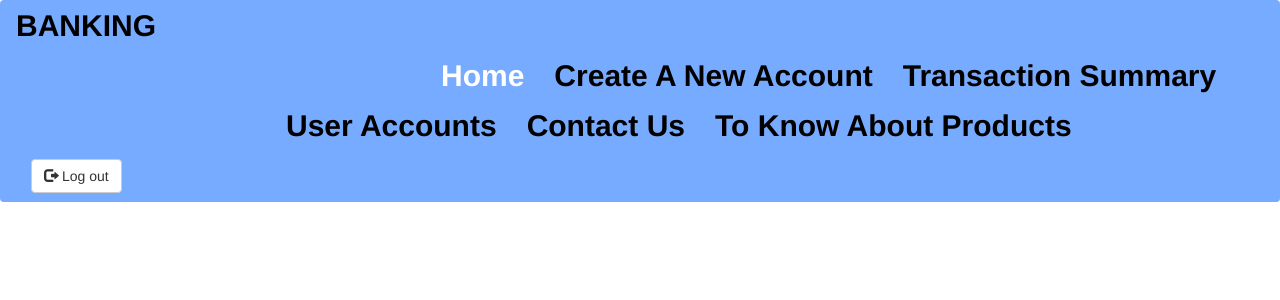
Repository: rukmini10/DXC
Page: http://localhost/Account/AdminHeader.jsp
The author's editor kept a copy of each file at every save. The page is drawn from the files as they stood at one save, then again after the next save.
The browser window is 1280 px wide. The pictures show the whole page.
Some web libraries are served in a nearby version. The page is served by Tomcat 9.

Above is the page before, as saved 2022-05-03 12:49:54.

After the next save:
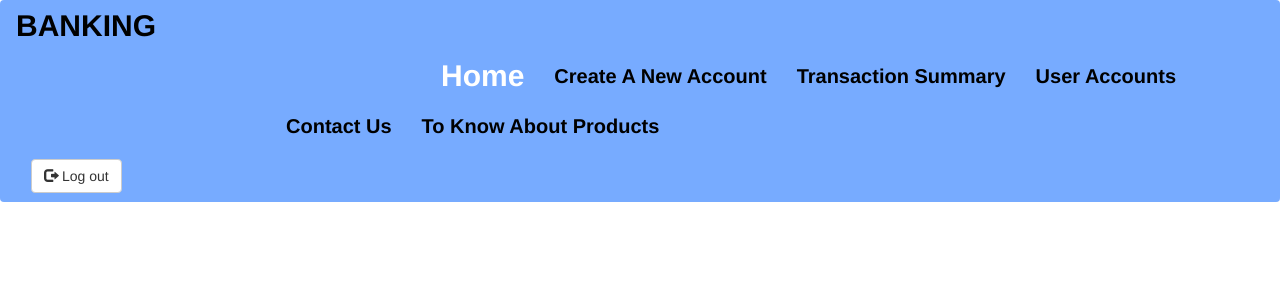
Saved 17 s later.
--- a/DXC_MAVEN/Account/src/main/webapp/AdminHeader.jsp
+++ b/DXC_MAVEN/Account/src/main/webapp/AdminHeader.jsp
@@ -19,11 +19,11 @@
     </div>
     <ul style="padding-left:255px" class="nav navbar-nav">
       <li style="color:black;font-size:30px;font-weight:bold;padding-left:155px" class="active"><a href="#" style="color:white">Home</a></li>
-      <li><a href="createAccount.obj" style="color:black;font-size:30px;font-weight:bold;"> Create A New Account</a></li>
-      <li><a href="viewStatement.obj" style="color:black;font-size:30px;font-weight:bold;">Transaction Summary</a></li>
-	  <li><a href="#" style="color:black;font-size:30px;font-weight:bold;">User Accounts</a></li>
-	  <li><a href="#" style="color:black;font-size:30px;font-weight:bold;">Contact Us</a></li>
-	  <li><a href="#" style="color:black;font-size:30px;font-weight:bold;">To Know About Products</a></li>
+      <li><a href="createAccount.obj" style="color:black;font-size:20px;font-weight:bold;"> Create A New Account</a></li>
+      <li><a href="viewStatement.obj" style="color:black;font-size:20px;font-weight:bold;">Transaction Summary</a></li>
+	  <li><a href="#" style="color:black;font-size:20px;font-weight:bold;">User Accounts</a></li>
+	  <li><a href="#" style="color:black;font-size:20px;font-weight:bold;">Contact Us</a></li>
+	  <li><a href="#" style="color:black;font-size:20px;font-weight:bold;">To Know About Products</a></li>
     </ul>
 
     <form class="navbar-form navbar-left ">
